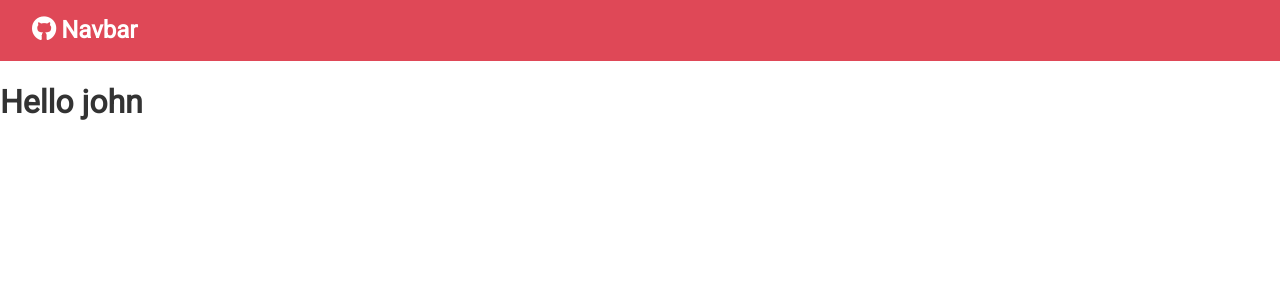
Repository: guicattani/fluffy-tribble-finder
Page: /
These files come from the project's save history. The page is drawn as it stood at one moment and after the next save; the edit follows.
The browser window is 1280 px wide. The pictures show the whole page.
Some web libraries are served in a nearby version. The project was rebuilt for these pictures with package versions that can differ from the ones it lists, and the page was loaded fresh each time.

Above is the page before, as saved 2020-02-26 16:00:21.

### public/index.html
<!DOCTYPE html>
<html lang="en">
  <head>
    <meta charset="utf-8" />
    <link rel="icon" href="%PUBLIC_URL%/favicon.ico" />

    <meta name="viewport" content="width=device-width, initial-scale=1" />
    <meta name="theme-color" content="#000000" />
    <meta
      name="description"
      content="Web site created using create-react-app"
    />
    <link rel="apple-touch-icon" href="%PUBLIC_URL%/logo192.png" />
    <link rel="manifest" href="%PUBLIC_URL%/manifest.json" />
    <link rel="stylesheet" href="https://use.fontawesome.com/releases/v5.6.3/css/all.css" integrity="sha384-UHRtZLI+pbxtHCWp1t77Bi1L4ZtiqrqD80Kn4Z8NTSRyMA2Fd33n5dQ8lWUE00s/" crossorigin="anonymous">
    <title>GitHub Finder</title>
  </head>
  <body>
    <noscript>You need to enable JavaScript to run this app.</noscript>
    <div id="root"></div>
  </body>
</html>

### src/App.js
import React, { Component } from "react";
import Navbar from './components/layout/Navbar.js'
import "./App.css";

class App extends Component {
  render() {
    const name = "john";

    return (
      <div className="App">
        <Navbar />
        <h1>Hello {name} </h1>
      </div>
    );
  }
}

export default App;

### src/components/layout/Navbar.js
import React, { Component } from 'react'
export class Navbar extends Component {
  render() {
    return (
      <nav className="navbar bg-primary">
        <h1>
          <i className='fab fa-github'/> Navbar
        </h1>
      </nav>
    )
  }
}

export default Navbar

Loaded but not shown: src/index.js (common file); src/App.css (common file)

After the next save:
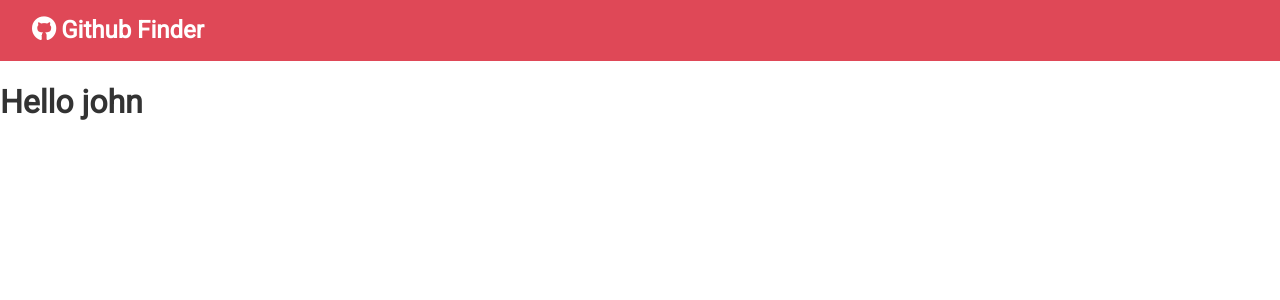
Saved 14 s later.
--- a/src/components/layout/Navbar.js
+++ b/src/components/layout/Navbar.js
@@ -4,7 +4,7 @@
     return (
       <nav className="navbar bg-primary">
         <h1>
-          <i className='fab fa-github'/> Navbar
+          <i className='fab fa-github'/> Github Finder
         </h1>
       </nav>
     )
